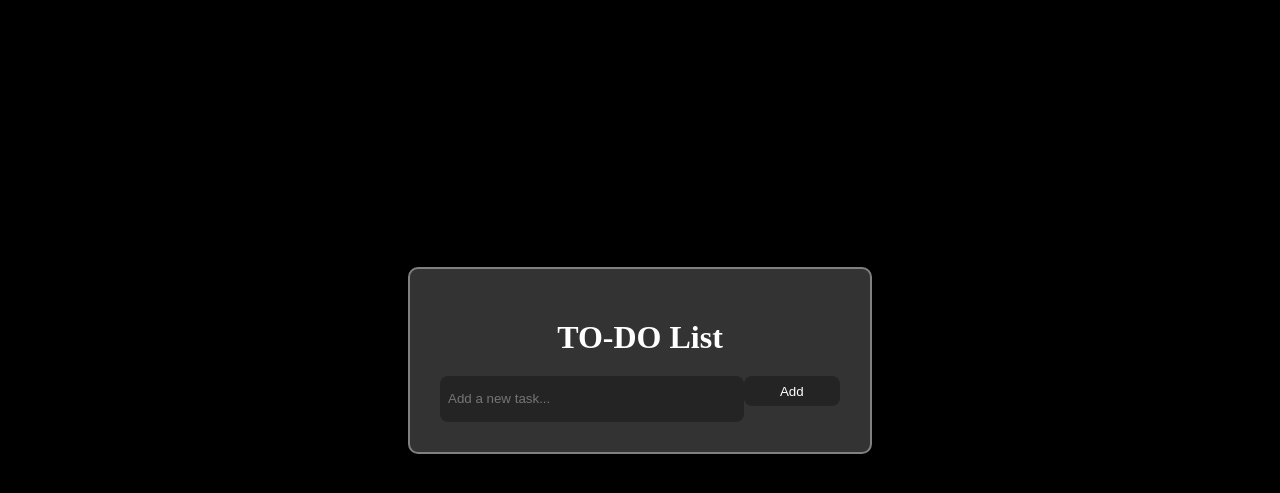
Repository: ksusmitha879-cyber/todo-list
Page: index.html
The author's editor kept a copy of each file at every save. The page is drawn from the files as they stood at one save, then again after the next save.
The browser window is 1280 px wide. The pictures show the whole page.

Above is the page before, as saved 2025-11-28 02:32:20.

### index.html
<!DOCTYPE html>
<html lang="en">
<head>
    <meta charset="UTF-8">
    <meta name="viewport" content="width=device-width, initial-scale=1.0">
    <title>TO-DO List</title>
    <link rel="stylesheet" href="style.css">
</head>
<body>
    <div class="container">
        <h1>TO-DO List</h1>
        <div class="input-container">
            <input type="text" id="todo-input" placeholder="Add a new task..."/>
            <button>Add</button>
        </div>
    </div>
</body>
</html>

### style.css
*{
    margin: 0;
    padding: 0;
    background-color: black;
    color: white;
}

html, body{
    height: 100%;
    display: grid;
    place-items: center;
}
.container{
    padding: 30px;
    background-color: rgb(51, 51, 51);
    width: 400px;
    height: auto;
    border: 2px solid grey;
    border-radius: 10px;
}
h1{
    display: flex;
    align-items: center;
    justify-content: center;
    background-color: rgb(51, 51, 51);
    margin: 20px;
}
.input-container{
    background-color: rgb(51, 51, 51);
    width: 100%;
    display: flex;
    justify-content: space-between;
}
input{
    background-color: #252424;
    color: white;
    width: 75%;
    height: 30px;
    border-radius: 8px;
    border-style: none;
    padding: 8px;
}
.input-container button{
     background-color: #252424;
    color: white;
    width: 25%;
    height: 30px;
    border-radius: 8px;
    border-style: none;
    padding: 8px;
}

After the next save:
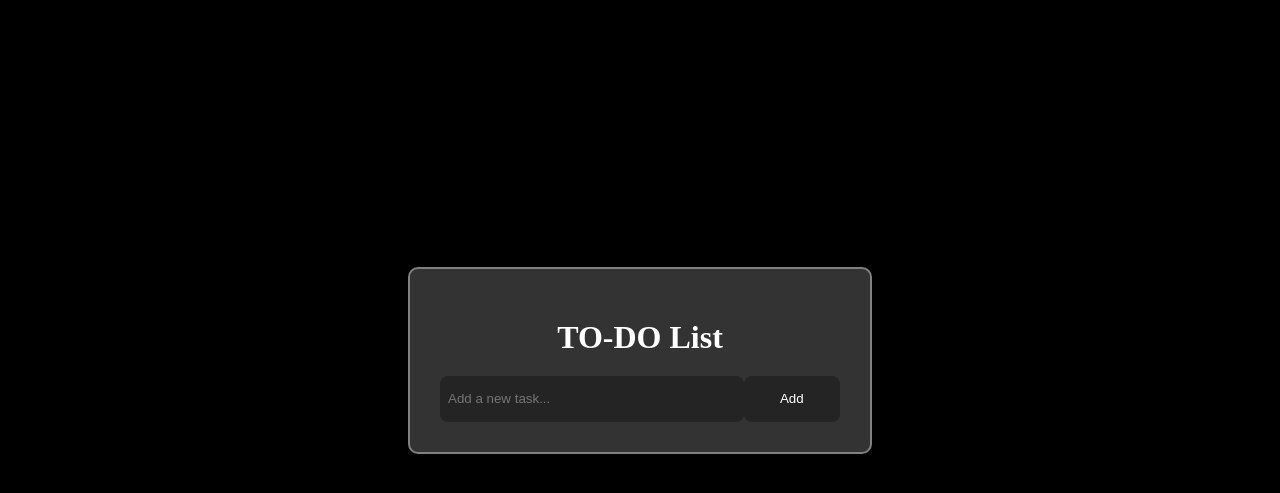
Saved 8 s later.
--- a/style.css
+++ b/style.css
@@ -44,7 +44,7 @@ input{
      background-color: #252424;
     color: white;
     width: 25%;
-    height: 30px;
+    height: auto;
     border-radius: 8px;
     border-style: none;
     padding: 8px;
